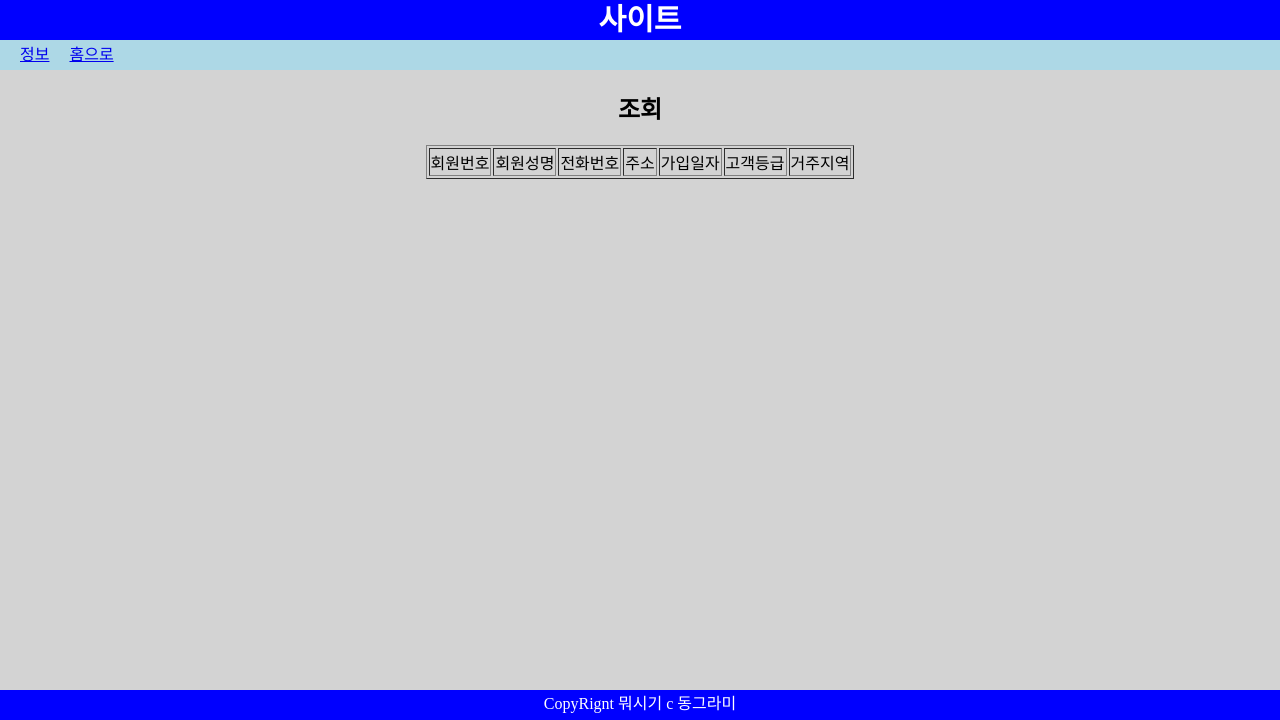
Repository: ImGaram/til
Page: http://localhost/practice/soqn/list.jsp
These files come from the project's save history. The page is drawn as it stood at one moment and after the next save; the edit follows.
The browser window is 1280 px wide. The pictures show the whole page.
The page is served by Tomcat 9. Queries for data that is not in the repository find no rows.

Above is the page before, as saved 2022-06-28 13:31:43.

After the next save:
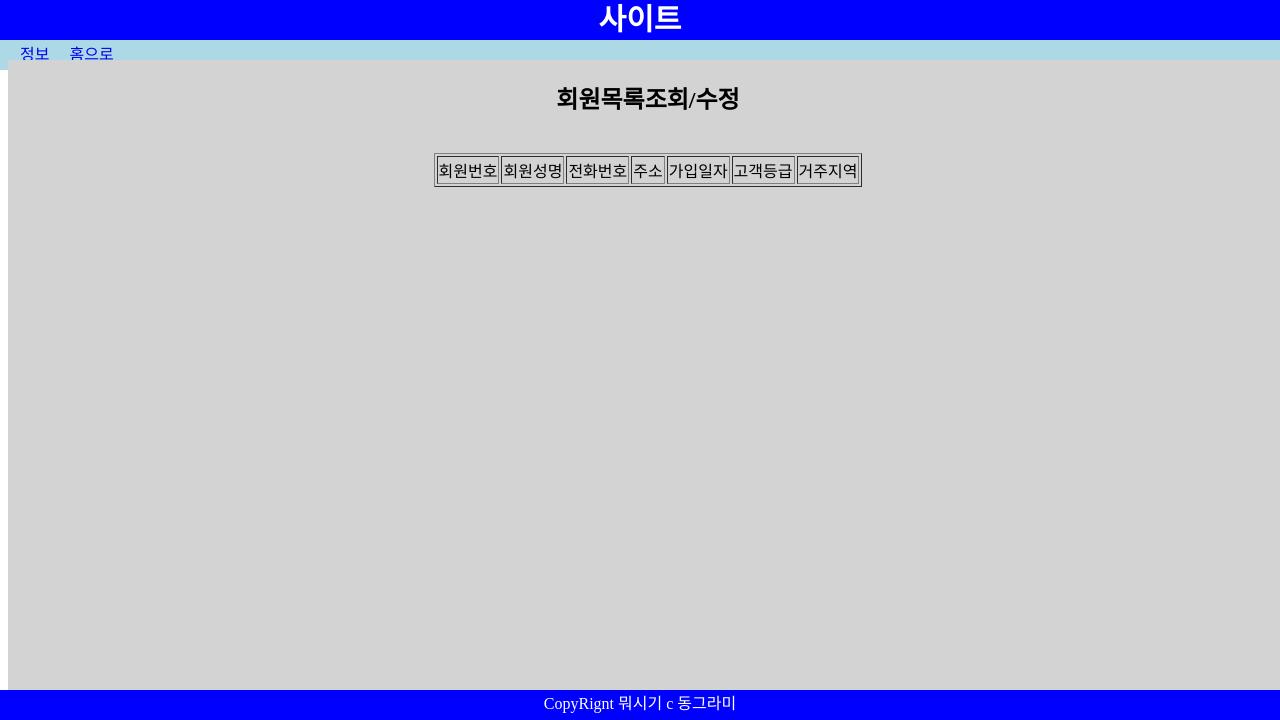
Saved 20 s later.
--- a/2학년 jsp(화면구현)/practice/src/main/webapp/soqn/list.jsp
+++ b/2학년 jsp(화면구현)/practice/src/main/webapp/soqn/list.jsp
@@ -1,7 +1,5 @@
-<%@page import="java.sql.ResultSet"%>
-<%@page import="java.sql.PreparedStatement"%>
+<%@page import="java.sql.*" %>
 <%@page import="DBPKG.Util"%>
-<%@page import="java.sql.Connection"%>
 <%@ page language="java" contentType="text/html; charset=UTF-8"
     pageEncoding="UTF-8"%>
 <!DOCTYPE html>
@@ -11,14 +9,18 @@
 <title>list</title>
 </head>
 <body>
+
 <jsp:include page="header.jsp"></jsp:include>
-<section style="position:fixed; top:70px; left:0; width:100%; height:100%; background:lightgray;">
-<h2 style="text-align:center">조회</h2>
-<form style="display:flex; justify-content: center; text-align:center;">
+
+<section style="position: fixed; top: 60px; width:100%; height: 100%; background-color: lightgray">
+<h2 style="text-align: center"><b>회원목록조회/수정</b></h2><br>
+
+<form style=" display: flex; align-items: center; justify-content: center;
+text-align: center">
 <table border="1">
 
 <tr>
-	<td>회원번호 </td>
+	<td>회원번호</td>
 	<td>회원성명</td>
 	<td>전화번호</td>
 	<td>주소</td>
@@ -26,17 +28,17 @@
 	<td>고객등급</td>
 	<td>거주지역</td>
 </tr>
+
 <%
-request.setCharacterEncoding("utf-8");
+Connection conn = null;
+Statement stmt = null;
 String grade = "";
 
-try {
-	Connection conn = Util.getConnection();
+try{
+	conn = Util.getConnection();
+	stmt = conn.createStatement();
 	String sql = "select * from member_tbl_02 order by custno";
-
-	PreparedStatement stmt = conn.prepareStatement(sql);
-	ResultSet rs = stmt.executeQuery();
-
+	ResultSet rs = stmt.executeQuery(sql);
 	while(rs.next()){
 		grade = rs.getString("grade");
 		switch(grade){
@@ -51,25 +53,32 @@ try {
 			break;
 
 	    }
-		%>
-			<tr>
-				<td><%=rs.getString("custno") %></td>
-				<td><%=rs.getString("custname") %> </td>
-				<td><%=rs.getString("phone") %> </td>
-				<td><%=rs.getString("address") %> </td>
-				<td><%=rs.getDate("joindate") %> </td>
-				<td><%=grade %> </td>
-				<td><%=rs.getString("city") %> </td>
-			</tr>
-		<%
+%>
+
+<tr>
+	<td><a href = "modify.jsp?mod_custno=<%=rs.getString("custno")%>"><%=rs.getString("custno") %></a></td>
+	<td><%=rs.getString("custname") %> </td>
+	<td><%=rs.getString("phone") %> </td>
+	<td><%=rs.getString("address") %> </td>
+	<td><%=rs.getDate("joindate") %> </td>
+	<td><%=grade %> </td>
+	<td><%=rs.getString("city") %> </td>
+</tr>
+
+<%
 	}
-} catch(Exception e) {
+}
+
+catch(Exception e) {
 	e.printStackTrace();
 }
 %>
 </table>
+
 </form>
+
 </section>
 <jsp:include page="footer.jsp"></jsp:include>
+
 </body>
 </html>
